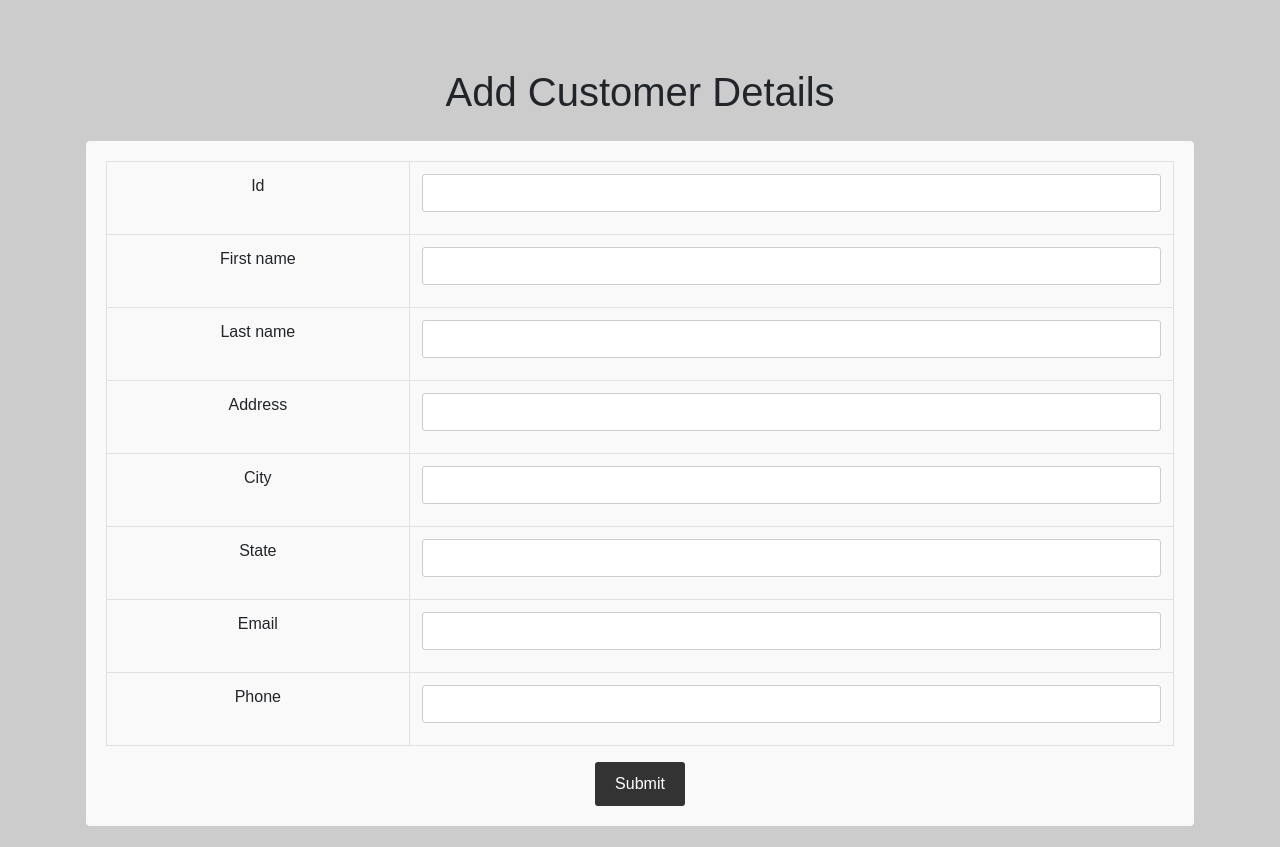
Repository: Shamanth-S/Customer-management
Page: User Management/src/main/webapp/add.html
The author's editor kept a copy of each file at every save. The page is drawn from the files as they stood at one save, then again after the next save.
The browser window is 1280 px wide. The pictures show the whole page.

Above is the page before, as saved 2023-09-07 09:31:28.

After the next save:
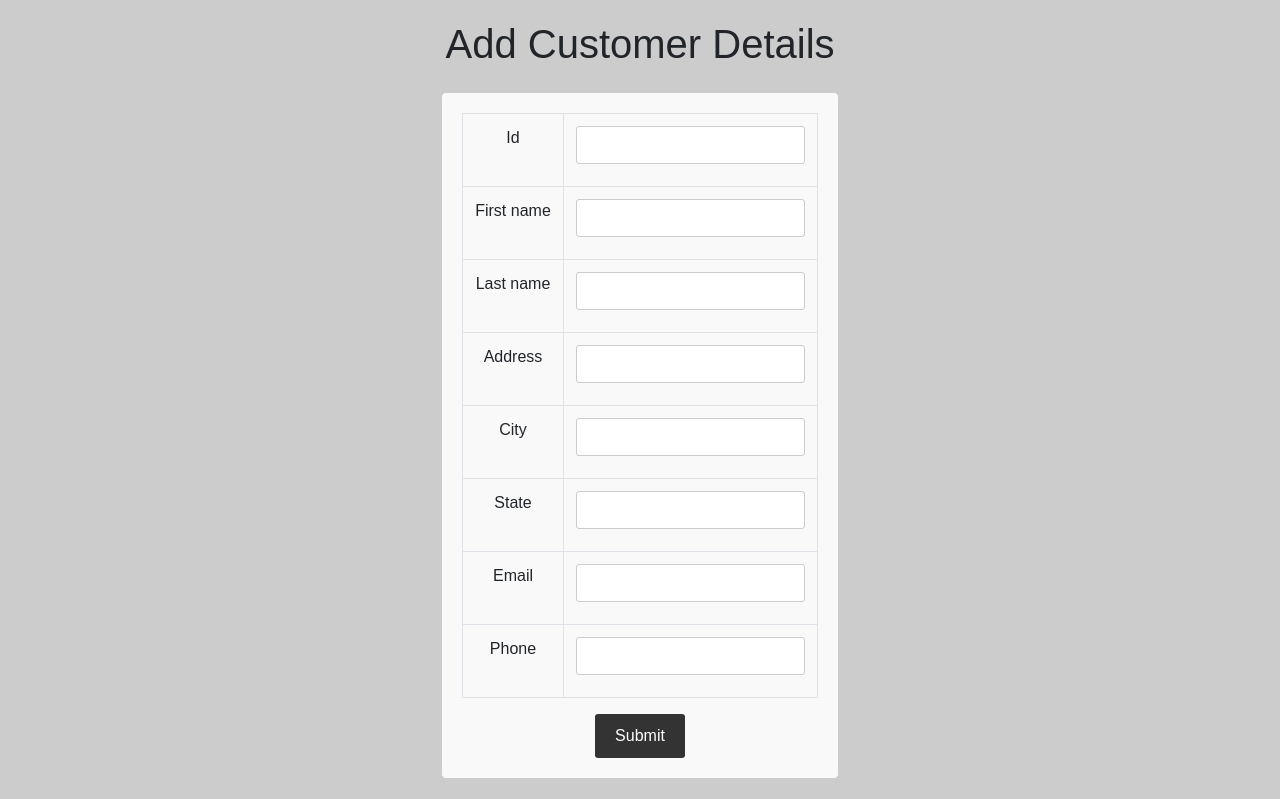
Saved 111 s later.
--- a/User Management/src/main/webapp/add.html
+++ b/User Management/src/main/webapp/add.html
@@ -6,8 +6,8 @@
 <link rel="stylesheet" href="https://maxcdn.bootstrapcdn.com/bootstrap/4.5.2/css/bootstrap.min.css">
 <link rel="stylesheet" type="text/css" href="style.css">
 </head>
-<body class="color">
-    <div class="container mt-5 mx-auto">
+<body class="color d-flex justify-content-center align-items-center">
+    <div>
         <h1 class="text-center mb-4">Add Customer Details</h1>
         <form method="POST" action="Customer" class="text-center">
             <table class="table table-bordered">
